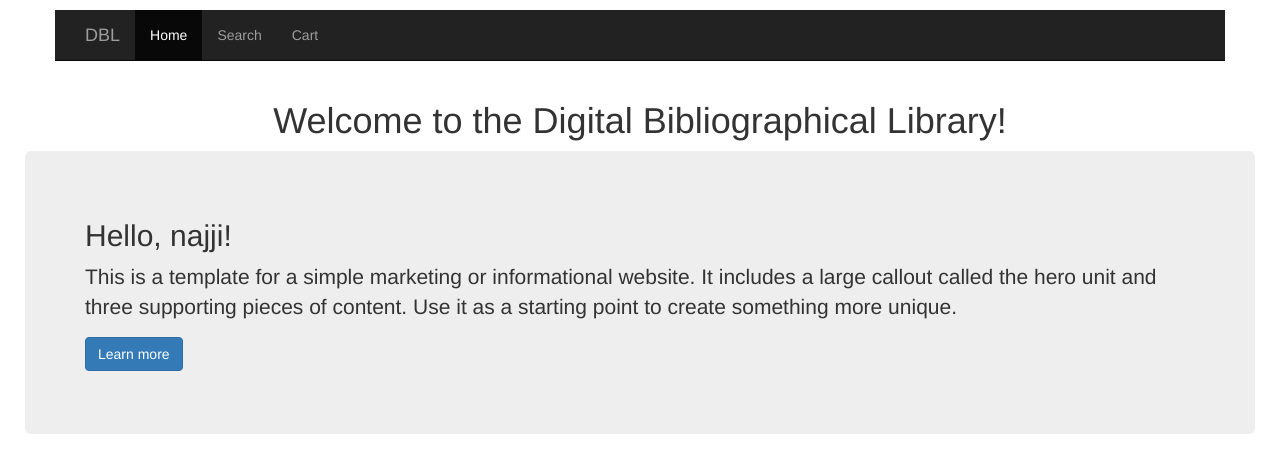
Repository: iancwwong/DigitalBibliographicalLibrary
Page: http://localhost/DigitalBibliographicLibrary/index.jsp
The author's editor kept a copy of each file at every save. The page is drawn from the files as they stood at one save, then again after the next save.
The browser window is 1280 px wide. The pictures show the whole page.
The page is served by Tomcat 9. Other server files are loaded and not shown.

Above is the page before, as saved 2016-08-25 22:37:50.

### DigitalBibliographicLibrary/WebContent/index.jsp
<%@ page language="java" contentType="text/html; charset=ISO-8859-1"
    pageEncoding="ISO-8859-1"%>

<!-- JSLT core -->
<%@ taglib prefix="c" uri="http://java.sun.com/jsp/jstl/core" %>

<!-- Index Bean -->
<%@ page import="edu.unsw.comp9321.*"%>

<!DOCTYPE html PUBLIC "-//W3C//DTD HTML 4.01 Transitional//EN" "http://www.w3.org/TR/html4/loose.dtd">
<html>
<head>

	<!--  Bootstrap meta tags  -->
    <meta charset="utf-8">
    <meta http-equiv="X-UA-Compatible" content="IE=edge">
    <meta name="viewport" content="width=device-width, initial-scale=1">

    <!--  Other heads -->
	<meta http-equiv="Content-Type" content="text/html; charset=ISO-8859-1">

	<title>DBL - Welcome</title>

	<!-- Bootstrap -->
    <link href="css/bootstrap.min.css" rel="stylesheet">

    <!--  Page styling -->
    <link href="css/general.css" rel="stylesheet">
    <link href="css/navbar.css" rel="stylesheet">

</head>
<body>
	<!-- Havbar -- >
	<%@ include file="include/navbar.html"%>
	<center>
	<h1>Welcome to the Digital Bibliographical Library!</h1>
	</center>

	<div class="container-fluid">
		<div class="row">
			<div class="col-md-12">
				<div class="jumbotron">
					<h2>
						Hello, najji!
					</h2>
					<p>
						This is a template for a simple marketing or informational website. It includes a large callout called the hero unit and three supporting pieces of content. Use it as a starting point to create something more unique.
					</p>
					<p>
						<a class="btn btn-primary btn-large" href="#">Learn more</a>
					</p>
				</div>
			</div>
		</div>
	</div>

    <!-- ========= Bootstrap Core Javascript =========== -->
    <!-- jQuery (necessary for Bootstrap's JavaScript plugins) -->
    <script src="https://ajax.googleapis.com/ajax/libs/jquery/1.12.4/jquery.min.js"></script>
    <!-- Include all compiled plugins (below), or include individual files as needed -->
    <script src="js/bootstrap.min.js"></script>
</body>
</html>

### DigitalBibliographicLibrary/WebContent/include/navbar.html
<!--  This file contains the information of the navigation bar -->
<!-- Navbar content -->
<div class="navbar-wrapper">
  <div class="container">

    <nav class="navbar navbar-inverse navbar-static-top">
      <div class="container">
        <div class="navbar-header">
          <button type="button" class="navbar-toggle collapsed" data-toggle="collapse" data-target="#navbar" aria-expanded="false" aria-controls="navbar">
            <span class="sr-only">Toggle navigation</span>
            <span class="icon-bar"></span>
            <span class="icon-bar"></span>
            <span class="icon-bar"></span>
          </button>
          <a class="navbar-brand" href="/DigitalBibliographicLibrary/index.jsp">DBL</a>
        </div>
        <div id="navbar" class="navbar-collapse collapse">
          <ul class="nav navbar-nav">
            <li class="active"><a href="/DigitalBibliographicLibrary/index.jsp">Home</a></li>
            <li><a href="/DigitalBibliographicLibrary/search.jsp">Search</a></li>
            <li><a href="/DigitalBibliographicLibrary/cart.jsp">Cart</a></li>
          </ul>
        </div>
      </div>
    </nav>

  </div>
</div>

### DigitalBibliographicLibrary/WebContent/css/general.css
body {
	margin: 0;
	padding: 10px;
}

### DigitalBibliographicLibrary/WebContent/css/navbar.css
<!-- This file contains the stylings for the navigation bar -->

/* Special class on .container surrounding .navbar, used for positioning it into place. */
.navbar-wrapper {
  position: absolute;
  top: 0;
  right: 0;
  left: 0;
  z-index: 20;
}

/* Flip around the padding for proper display in narrow viewports */
.navbar-wrapper > .container {
  padding-right: 0;
  padding-left: 0;
}
.navbar-wrapper .navbar {
  padding-right: 15px;
  padding-left: 15px;
}
.navbar-wrapper .navbar .container {
  width: auto;
}

Loaded but not shown: DigitalBibliographicLibrary/WebContent/css/bootstrap.min.css (library); DigitalBibliographicLibrary/WebContent/js/bootstrap.min.js (library)

After the next save:
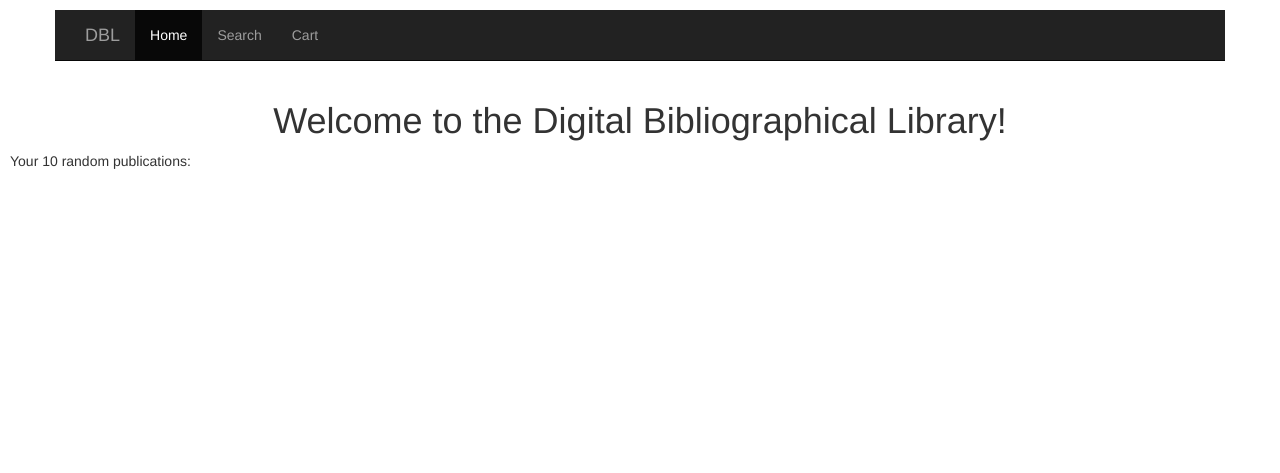
Saved 2 min 8 s later.
--- a/DigitalBibliographicLibrary/WebContent/index.jsp
+++ b/DigitalBibliographicLibrary/WebContent/index.jsp
@@ -36,23 +36,7 @@
 	<h1>Welcome to the Digital Bibliographical Library!</h1>
 	</center>
 
-	<div class="container-fluid">
-		<div class="row">
-			<div class="col-md-12">
-				<div class="jumbotron">
-					<h2>
-						Hello, najji!
-					</h2>
-					<p>
-						This is a template for a simple marketing or informational website. It includes a large callout called the hero unit and three supporting pieces of content. Use it as a starting point to create something more unique.
-					</p>
-					<p>
-						<a class="btn btn-primary btn-large" href="#">Learn more</a>
-					</p>
-				</div>
-			</div>
-		</div>
-	</div>
+	<p>Your 10 random publications:</p>
 
     <!-- ========= Bootstrap Core Javascript =========== -->
     <!-- jQuery (necessary for Bootstrap's JavaScript plugins) -->
